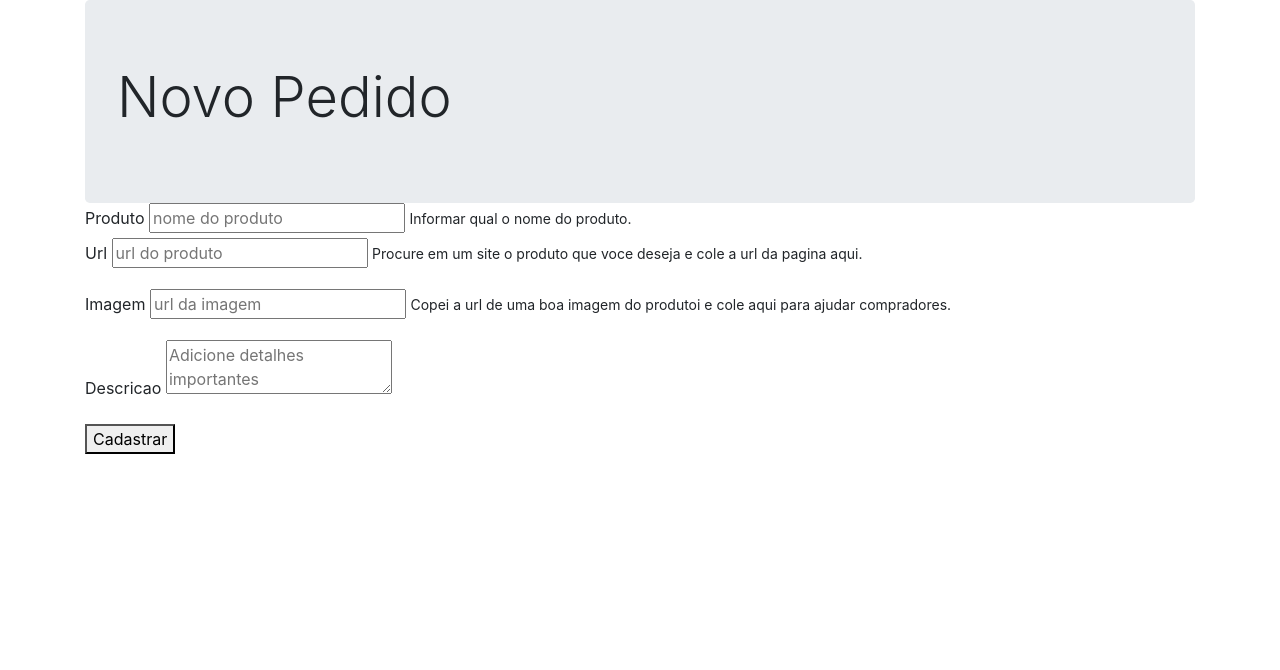
Repository: PedroKarasudani/Spring_MVC
Page: http://localhost/pedido/formulario
These files come from the project's save history. The page is drawn as it stood at one moment and after the next save; the edit follows.
The browser window is 1280 px wide. The pictures show the whole page.
The page is this project's Thymeleaf template; nobody is signed in. The template is opened directly, without the code that normally fills it, so the values that code supplies are empty.

Above is the page before, as saved 2023-10-25 00:34:56.

### mudi/src/main/resources/templates/pedido/formulario.html
<!DOCTYPE html>
<html>

<head>
	<meta charset="UTF-8" />
	<title>Pedido</title>
	<link rel="stylesheet" href="https://cdn.jsdelivr.net/npm/bootstrap@4.6.2/dist/css/bootstrap.min.css"
		integrity="sha384-xOolHFLEh07PJGoPkLv1IbcEPTNtaed2xpHsD9ESMhqIYd0nLMwNLD69Npy4HI+N" crossorigin="anonymous">
</head>

<body>
	<div class="container">
		<div class="jumbotron mb-0">
			<h1 class="display-4">Novo Pedido</h1>
		</div>
		<form action="/pedido/novo" method="POST">
			<div class="form-group">
				<label for="nomeProduto">Produto</label>
				<input name="nomeProduto" placeholder="nome do produto"/>
				<small>Informar qual o nome do produto.</small>
			</divclass="form-group">
			<div class="form-group">
				<label for="urlProduto">Url</label>
				<input name="urlProduto" placeholder="url do produto"/>
				<small>Procure em um site o produto que voce deseja e cole a url da pagina aqui.</small>
			</div>
			<div class="form-group">
				<label for="urlImagem">Imagem</label>
				<input name="urlImagem" placeholder="url da imagem"/>
				<small>Copei a url de uma boa imagem do produtoi e cole aqui para ajudar compradores.</small>
			</div>
			<div class="form-group">
				<label for="descricao">Descricao</label>
				<textarea name="descricao" placeholder="Adicione detalhes importantes"></textarea>
			</div>
			<button type="submit">Cadastrar</button>
		</form>

	</div>
</body>

</html>

After the next save:
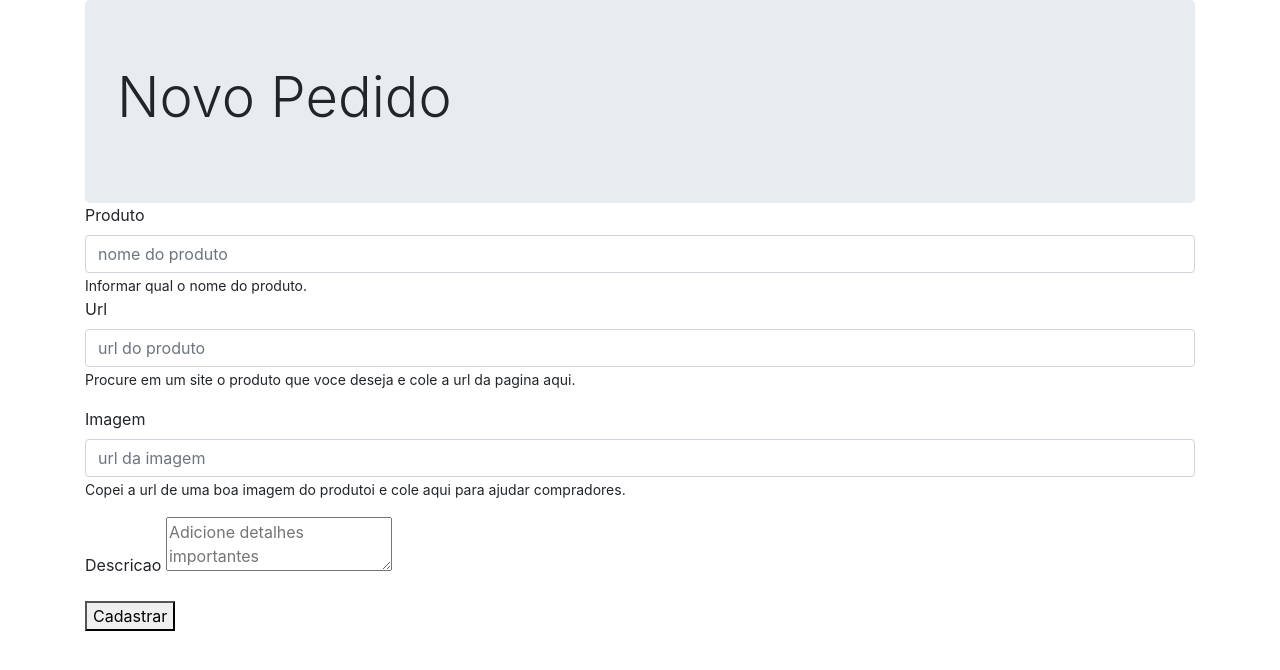
Saved 77 s later.
--- a/mudi/src/main/resources/templates/pedido/formulario.html
+++ b/mudi/src/main/resources/templates/pedido/formulario.html
@@ -16,17 +16,17 @@
 		<form action="/pedido/novo" method="POST">
 			<div class="form-group">
 				<label for="nomeProduto">Produto</label>
-				<input name="nomeProduto" placeholder="nome do produto"/>
+				<input name="nomeProduto" class="form-control" placeholder="nome do produto"/>
 				<small>Informar qual o nome do produto.</small>
 			</divclass="form-group">
 			<div class="form-group">
 				<label for="urlProduto">Url</label>
-				<input name="urlProduto" placeholder="url do produto"/>
+				<input name="urlProduto" class="form-control" placeholder="url do produto"/>
 				<small>Procure em um site o produto que voce deseja e cole a url da pagina aqui.</small>
 			</div>
 			<div class="form-group">
 				<label for="urlImagem">Imagem</label>
-				<input name="urlImagem" placeholder="url da imagem"/>
+				<input name="urlImagem" class="form-control" placeholder="url da imagem"/>
 				<small>Copei a url de uma boa imagem do produtoi e cole aqui para ajudar compradores.</small>
 			</div>
 			<div class="form-group">
